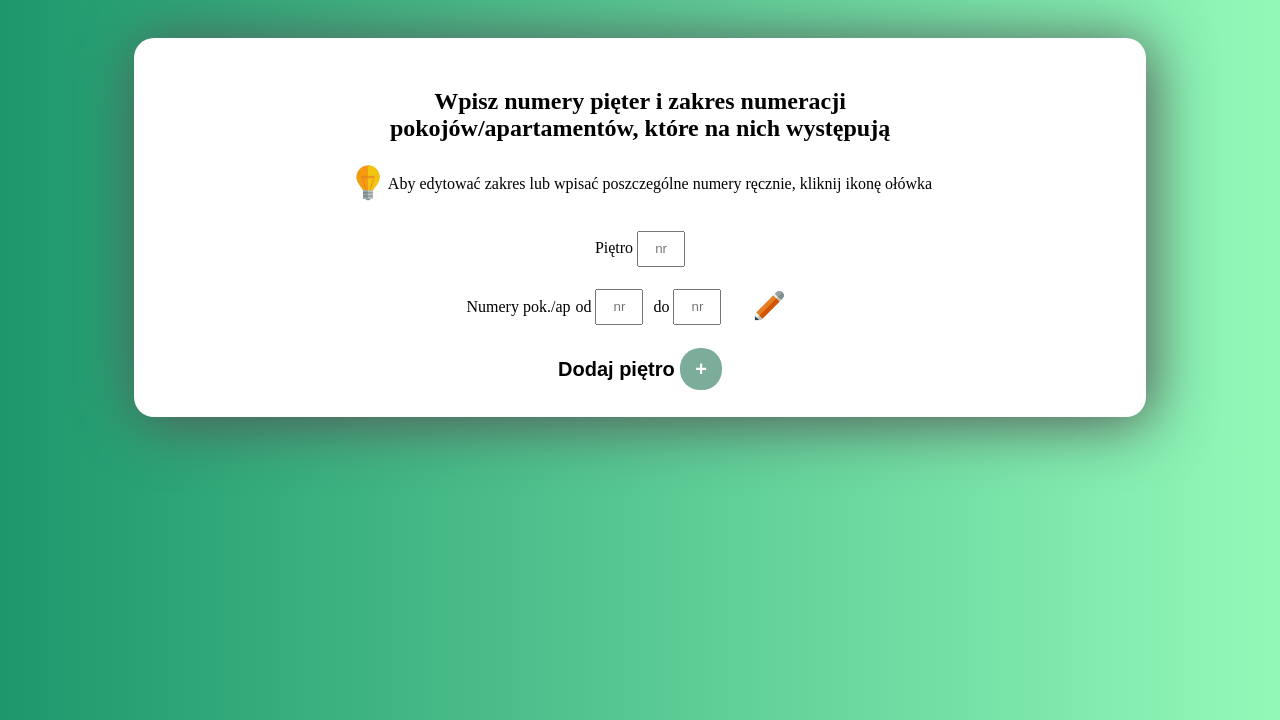
Repository: kateotto/vue-hotel-app
Page: /
These files come from the project's save history. The page is drawn as it stood at one moment and after the next save; the edit follows.
The browser window is 1280 px wide. The pictures show the whole page.
The project was rebuilt for these pictures with package versions that can differ from the ones it lists, and the page was loaded fresh each time. Also part of the build but not shown: src/components/Rooms.vue, src/components/Floor.vue.

Above is the page before, as saved 2020-03-15 23:11:30.

### src/components/Container.vue
<template>
  <div class="container">
    <h2 class="title">
      Wpisz numery pięter i zakres numeracji pokojów/apartamentów, które na nich
      występują
    </h2>
    <div class="tooltip">
      <div class="tooltip-logo">
        <img :src="bulb" alt="Bulb-icon" />
      </div>
      <div class="tooltip-text">
        Aby edytować zakres lub wpisać poszczególne numery ręcznie, kliknij
        ikonę ołówka
      </div>
    </div>
    <div class="error">{{ error }}</div>
    <div class="input-container">
      <div class="floor-wrapper">
        <label for="floor">
          Piętro
          <input
            name="floor"
            type="number"
            class="floor"
            min="0"
            v-model="floorNr"
            placeholder="nr"
          />
        </label>
      </div>
      <div class="room-wrapper">
        <span>Numery pok./ap </span>
        <label for="startNr">
          od
          <input
            type="number"
            name="startNr"
            v-model="startNr"
            placeholder="nr"
          />
        </label>
        <label for="endNr">
          do
          <input type="number" name="endNr" v-model="endNr" placeholder="nr" />
        </label>
        <button class="pen-button" @click="changeEdit">
          <img :src="pencil" alt="save" />
        </button>
      </div>
    </div>
    <button @click="validateAndAddFloor" class="add-button">
      Dodaj piętro
    </button>
    <Floor
      v-for="item in rooms"
      :key="item.id"
      :item="item"
      :edit="edit"
      @floorRemoved="removeFloor"
    />
  </div>
</template>
<script>
import Floor from "./Floor.vue";
import bulb from "../assets/bulb.png";
import pencil from "../assets/pencil.png";
export default {
  name: "AppContainer",
  components: {
    Floor
  },
  data() {
    return {
      floorNr: null,
      startNr: null,
      endNr: null,
      rooms: [],
      error: "",
      edit: false,
      bulb: bulb,
      pencil: pencil
    };
  },
  methods: {
    validateAndAddFloor: function() {
      this.isFormValid() && this.addFloor() && this.clearFloor();
    },
    addFloor: function() {
      this.rooms.push({
        id: this.rooms.length,
        floor: this.floorNr,
        firstRoom: this.startNr,
        lastRoom: this.endNr
      });
      return true;
    },
    clearFloor: function() {
      this.floorNr = null;
      this.startNr = null;
      this.endNr = null;
      this.edit = false;
    },
    isFormValid: function() {
      this.error = null;
      if (!this.floorNr || !this.startNr || !this.endNr) {
        this.error = "Wypełnij wszystkie pola!";
        return false;
      }

      if (this.floorNr < 0 || this.floorNr === "-0") {
        this.error = "Piętro musi być dodatnie!";
        this.floorNr = null;
        return false;
      }

      if (this.startNr < 0 || this.startNr > this.endNr) {
        this.error = "Numery pokoi wypełnione błędnie!";
        this.startNr = null;
        this.endNr = null;
        return false;
      }

      if (this.rooms.findIndex(room => room.floor === this.floorNr) > -1) {
        this.error = "Takie piętro już istnieje!";
        this.floorNr = null;
        return false;
      }

      return true;
    },
    changeEdit: function() {
      this.edit = !this.edit;
    },
    removeFloor: function(id) {
      const floorId = this.rooms.findIndex(room => room.id === id);
      this.rooms.splice(floorId, 1);
    }
  }
};
</script>
<style scoped>
.container {
  display: flex;
  justify-content: center;
  align-items: center;
  flex-direction: column;
  width: 80%;
  height: auto;
  padding: 30px 0;
  margin: 30px 0;
  background-color: #fff;
  border-radius: 20px;
  box-shadow: 5px 5px 60px #555;
}

.title {
  width: 50%;
  text-align: center;
}

.tooltip {
  display: flex;
  flex-direction: row;
  flex-wrap: wrap;
  align-items: center;
  justify-content: center;
  margin: 0px 30px;
}

.tooltip-logo img {
  width: 40px;
  height: 40px;
}

.tooltip-text {
  display: flex;
  align-content: center;
  text-align: center;
}

.input-container {
  display: flex;
  flex-direction: column;
  justify-content: center;
  align-items: center;
  margin: 25px 0;
}

.input-container input::-webkit-outer-spin-button,
::-webkit-inner-spin-button {
  -webkit-appearance: none;
  margin: 0;
}

.input-container input[type="number"] {
  -moz-appearance: textfield;
}

.floor-wrapper {
  margin-bottom: 20px;
}

label {
  padding: 0 5px;
}

.floor-wrapper input,
.room-wrapper input {
  text-align: center;
  width: 40px;
  height: 30px;
}
.room-wrapper {
  display: flex;
  align-items: center;
}

.pen-button {
  border: none;
  background-color: transparent;
  cursor: pointer;
  outline-color: #7bad9a;
}

.pen-button img {
  width: 35px;
  height: 35px;
  margin: 0 20px;
}

.add-button {
  border: none;
  background-color: transparent;
  font-size: 1.25rem;
  font-weight: bold;
  cursor: pointer;
  margin: 5px 0;
  outline-color: #7bad9a;
    outline-offset: 15px;
}

.add-button::after {
  content: "+";
  padding: 10px 15px;
  background-color: #7bad9a;
  color: #fff;
  border-radius: 20px;
  cursor: pointer;

}

.error {
  color: red;
  font-size: 1.125rem;
  font-weight: bold;
}
</style>

Loaded but not shown: public/index.html (common file); src/main.js (common file); src/App.vue (common file)

After the next save:
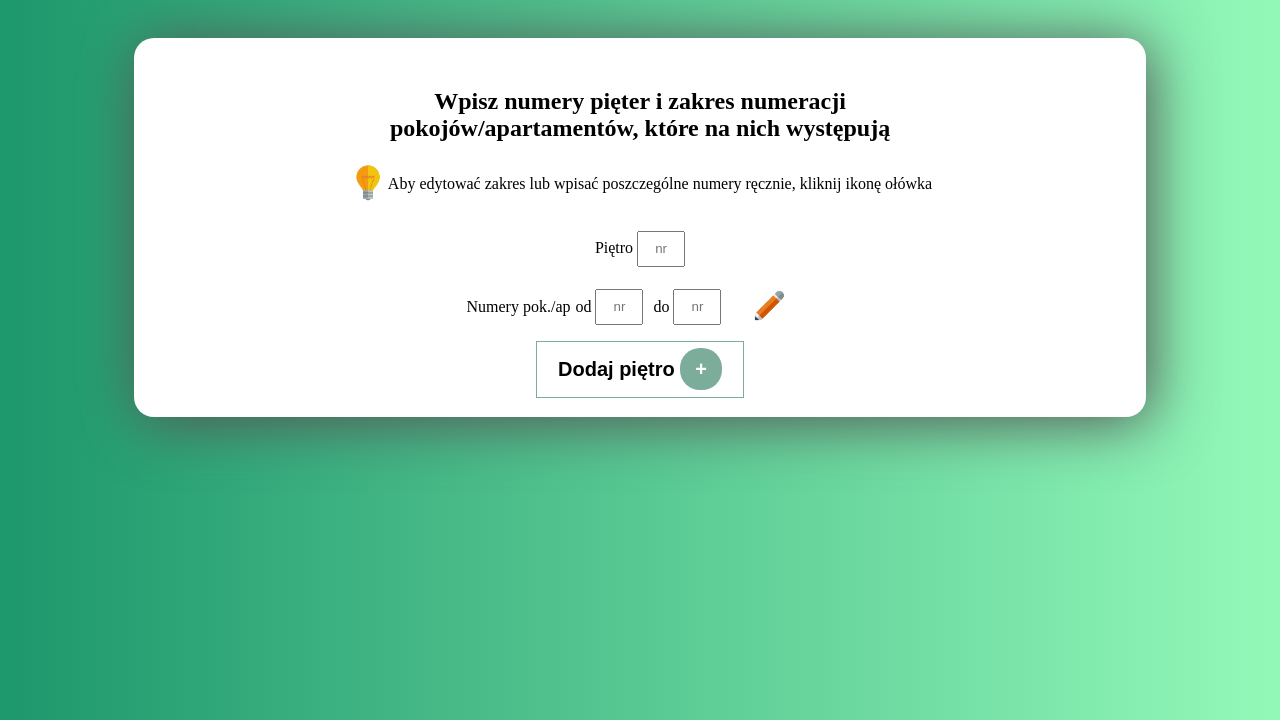
Saved 19 s later.
--- a/src/components/Container.vue
+++ b/src/components/Container.vue
@@ -235,7 +235,7 @@
   font-weight: bold;
   cursor: pointer;
   margin: 5px 0;
-  outline-color: #7bad9a;
+  outline: 1px solid #7bad9a;
     outline-offset: 15px;
 }
 

After the 2 saves that followed:
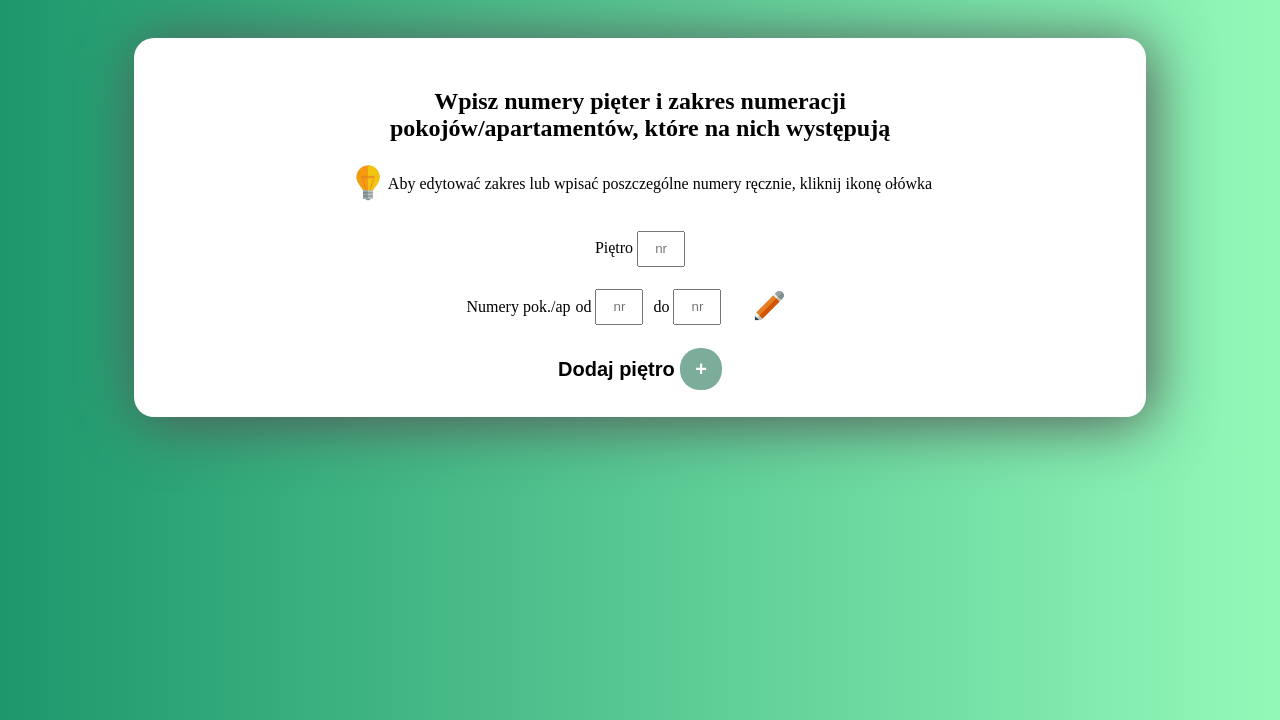
The 2 saves are shown as one change because 1 left the picture as it was.
The last was saved 21 s later.
--- a/src/components/Container.vue
+++ b/src/components/Container.vue
@@ -235,8 +235,7 @@
   font-weight: bold;
   cursor: pointer;
   margin: 5px 0;
-  outline: 1px solid #7bad9a;
-    outline-offset: 15px;
+
 }
 
 .add-button::after {
